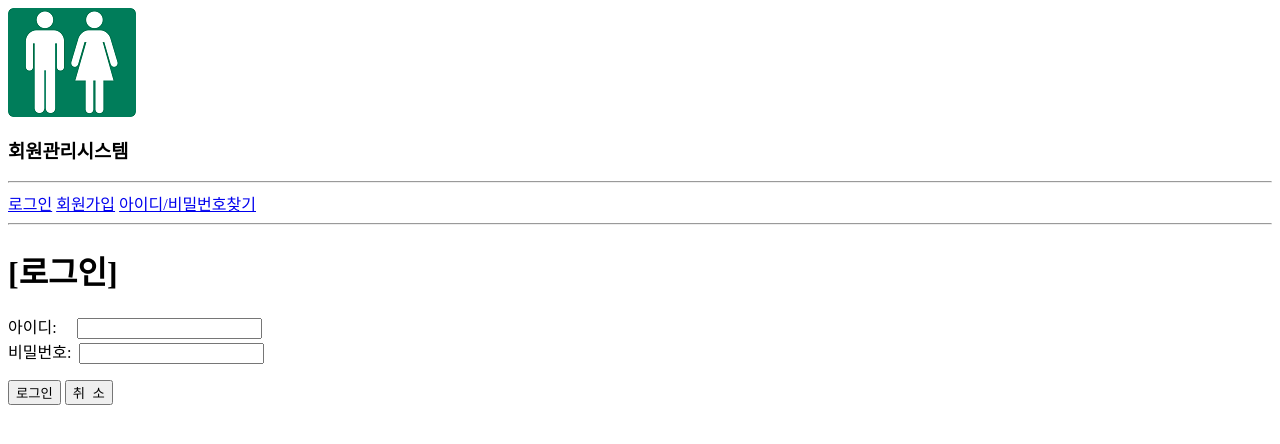
Repository: helloJunejun/WorkSpace_WebUi
Page: 0.2html_form_table/src/main/webapp/login.html
These files come from the project's save history. The page is drawn as it stood at one moment and after the next save; the edit follows.
The browser window is 1280 px wide. The pictures show the whole page.

Above is the page before, as saved 2021-06-24 01:39:55.

After the next save:
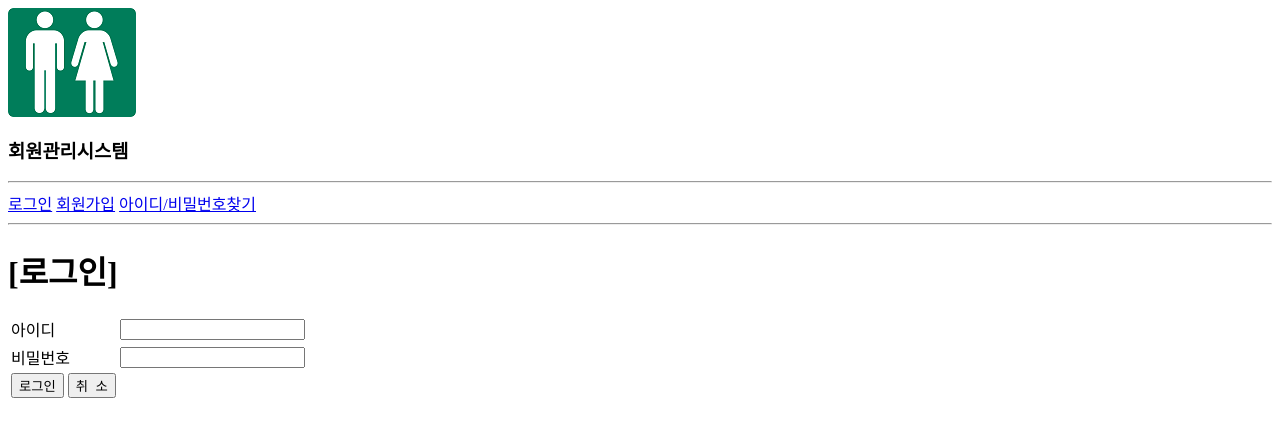
Saved 2 min 11 s later.
--- a/0.2html_form_table/src/main/webapp/login.html
+++ b/0.2html_form_table/src/main/webapp/login.html
@@ -35,12 +35,23 @@
 	<h1>[로그인]</h1>
 	<table>
 	<form action="result.html" method="post">
-		아이디:&nbsp;&nbsp;&nbsp;&nbsp;&nbsp;<input type="text" name="memberId"><br>
-		비밀번호:&nbsp;&nbsp;<input type="password" name="memberPw"><p>
 
+	<tr>
+		<td>아이디</td>
+		<td><input type="text" name="memberId"></td>
+	</tr>
+
+	<tr>
+		<td>비밀번호</td>
+		<td><input type="password" name="memberPw"></td>
+	</tr>
+
+	<tr>
+		<td>
 		<input type="submit" value="로그인">
 		<input type="reset" value="취  소">
-
+		</td>
+	</tr>
 
 	</form>
 	</table>
